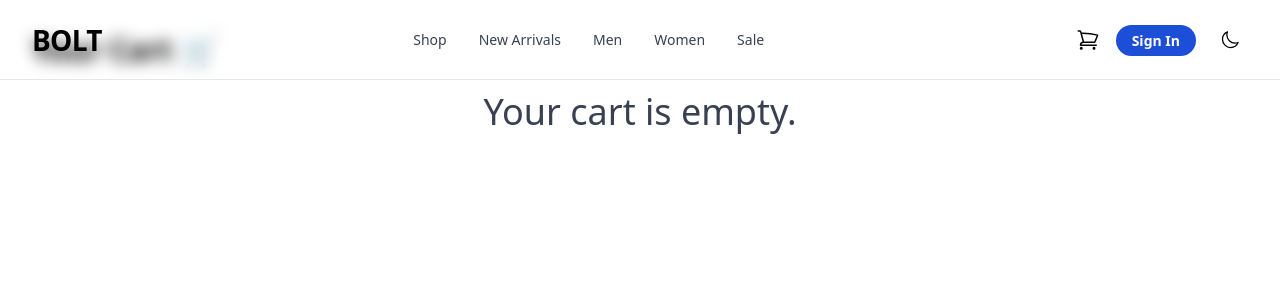
Repository: coder101-js/Ecommer-Store
Page: /Cart
These files come from the project's save history. The page is drawn as it stood at one moment and after the next save; the edit follows.
The browser window is 1280 px wide. The pictures show the whole page.
The project was rebuilt for these pictures with package versions that can differ from the ones it lists, and the page was loaded fresh each time. The framework's server and built-in components were replaced by stand-ins that run in the browser. Also part of the build but not shown: next.config.mjs.

Above is the page before, as saved 2025-07-19 20:25:14.

### app/layout.js
import "./globals.css";
import "./tailwind-out.css";
import { ThemeProvider } from "next-themes";
import { Geist, Geist_Mono } from "next/font/google";
import Navbar from "./components/Navbar";
import { CartProvider } from "./context/CartContext";
import { Toaster } from "react-hot-toast";

const geistSans = Geist({
  subsets: ["latin"],
  variable: "--font-geist-sans",
});

const geistMono = Geist_Mono({
  subsets: ["latin"],
  variable: "--font-geist-mono",
});

export const metadata = {
  title: "BoltForm",
  description: "Next-gen footwear built for speed ⚡",
  icons: {
    icon: ["/favicon.ico"],
    apple: "/apple-touch-icon.png",
  },
};

export default function RootLayout({ children }) {
  return (
    <html lang="en" suppressHydrationWarning>
      <body className={`${geistSans.variable} ${geistMono.variable}`}>
        <ThemeProvider attribute="class" defaultTheme="system" enableSystem>
          <CartProvider>
            <header className="max-h-screen overflow-hidden">
              <nav>
                <Navbar />
              </nav>
            </header>
            <main>
              <Toaster position="top-right" />
              {children}
            </main>
          </CartProvider>
        </ThemeProvider>
      </body>
    </html>
  );
}

### app/Cart/page.js
"use client";
import { useCart } from "./../context/CartContext";
import Image from "next/image";
export default function CartPage() {
  const { cart, removeFromCart, updateQuantity, clearCart } = useCart();

  const total = cart.reduce((acc, item) => acc + item.price * item.quantity, 0);

  const handleQuantityChange = (id, newQuantity) => {
    if (newQuantity >= 1) {
      updateQuantity(id, newQuantity);
    }
  };

  return (
    <div className="p-8">
      <h1 className="text-3xl font-bold mb-6">Your Cart 🛒</h1>

      {cart.length === 0 ? (
        <p className="text-gray-700 text-4xl block text-center w-full dark:text-white">
          Your cart is empty.
        </p>
      ) : (
        <>
          <div className="space-y-6">
            {cart.map((item) => (
              <div
                key={item.id}
                className="flex flex-col md:flex-row items-center justify-between border-b pb-4"
              >
                {/* Image & Title */}
                <div className="flex items-center gap-4 w-full md:w-1/2">
                  {item.images?.[0] && (
                    <Image
                      src={item.images[0]}
                      alt={item.title}
                      width={200}
                      height={200}
                      className="w-24 h-24 object-cover rounded-md border"
                    />
                  )}
                  <div>
                    <h2 className="text-lg font-semibold">{item.title}</h2>
                    <p className="text-sm text-gray-600 dark:text-white">
                      ${item.price.toFixed(2)}
                    </p>
                  </div>
                </div>

                <div className="flex items-center gap-2 mt-4 md:mt-0">
                  <button
                    onClick={() =>
                      handleQuantityChange(item.id, item.quantity - 1)
                    }
                    className="px-2 py-1 bg-gray-200 rounded hover:bg-gray-300 dark:bg-gray-700 dark:hover:bg-gray-600"
                    disabled={item.quantity <= 1}
                    aria-label={`Decrease quantity of ${item.title}`}
                  >
                    -
                  </button>
                  <input
                    type="number"
                    value={item.quantity ?? 1}
                    min={1}
                    className="w-16 text-center border rounded"
                    onChange={(e) =>
                      handleQuantityChange(item.id, Number(e.target.value))
                    }
                    aria-label={`Quantity of ${item.title}`}
                    onFocus={(e) => e.target.select()}
                  />
                  <button
                    onClick={() =>
                      handleQuantityChange(item.id, item.quantity + 1)
                    }
                    className="px-2 py-1 bg-gray-200 rounded hover:bg-gray-300 dark:bg-gray-700 dark:hover:bg-gray-600"
                    aria-label={`Increase quantity of ${item.title}`}
                  >
                    +
                  </button>
                  <button
                    onClick={() => removeFromCart(item.id)}
                    className="ml-2 text-red-500 hover:text-red-600"
                    aria-label={`Remove ${item.title} from cart`}
                  >
                    ✖
                  </button>
                </div>
              </div>
            ))}
          </div>

            <div className="mt-6 text-right space-y-2">
            <div className="text-xl font-bold">Total: ${total.toFixed(2)}</div>
            <div className="flex gap-3 justify-end">
              <button
                onClick={clearCart}
                className="px-5 py-2 bg-red-500 hover:bg-red-600 text-white rounded"
              >
                Clear Cart
              </button>
              <button
                onClick={() => {
                  alert("Redirecting to checkout...");
                }}
                className="px-5 py-2 bg-green-600 hover:bg-green-700 text-white rounded"
              >
                Proceed to Checkout
              </button>
            </div>
          </div>
        </>
      )}
    </div>
  );
}

### app/globals.css
@tailwind base;
@tailwind components;
@tailwind utilities;

.max-h-screen{
  max-height: 100vh;
}

### app/components/Navbar.jsx
"use client";

import Link from "next/link";
import { useState, useEffect } from "react";
import { useTheme } from "next-themes";
import { usePathname, useRouter } from "next/navigation";
import { useCart } from "./../context/CartContext";
import {
  SunIcon,
  MoonIcon,
  ShoppingCartIcon,
  Bars3Icon,
  XMarkIcon,
} from "@heroicons/react/24/outline";
import {
  motion,
  AnimatePresence,
  useScroll,
  useTransform,
} from "framer-motion";

export default function Navbar() {
  const { resolvedTheme, setTheme } = useTheme();
  const pathName = usePathname();
  const router = useRouter();

  const [mounted, setMounted] = useState(false);
  const [mobileOpen, setMobileOpen] = useState(false);
  const { cart } = useCart();
  const cartCount = cart.reduce((total, item) => total + item.quantity, 0);
  const [navLinks, setNavLinks] = useState([]);
  const [searchQuery, setSearchQuery] = useState("");

  const { scrollY } = useScroll();
  const height = useTransform(scrollY, [0, 80], ["80px", "60px"]);
  const fontSize = useTransform(scrollY, [0, 80], ["1.75rem", "1.5rem"]);

  useEffect(() => {
    setMounted(true);
    setNavLinks(["Shop", "New Arrivals", "Men", "Women", "Sale"]);
  }, []);

  const toggleTheme = () => {
    setTheme(resolvedTheme === "light" ? "dark" : "light");
  };

  const handleSearchSubmit = (e) => {
    e.preventDefault();
    if (searchQuery.trim()) {
      router.push(`/shop?search=${encodeURIComponent(searchQuery)}`);
    }
  };

  return (
    <>
      <motion.nav
        style={{ height }}
        className="fixed top-0 left-0 w-full z-50  border-b border-gray-200 dark:border-neutral-800 backdrop-blur transition-colors mb-4"
      >
        <div className="max-w-7xl mx-auto px-4 sm:px-6 lg:px-8 flex justify-between items-center h-full">
          {/* Logo */}
          <motion.div
            style={{ fontSize }}
            className="font-extrabold tracking-tight text-black dark:text-white select-none"
          >
            <Link href="/">BOLT</Link>
          </motion.div>

          {/* Desktop Nav */}
          <div className="hidden md:flex items-center space-x-8">
            {navLinks.map((link) => (
              <motion.div
                key={link}
                whileHover={{ scale: 1.1 }}
                className="text-sm font-medium text-gray-700 dark:text-gray-300 hover:text-black dark:hover:text-white transition"
              >
                <Link
                  href={
                    link === "Men"
                      ? "/shop?category=mens-shoes"
                      : link === "Women"
                      ? "/shop?category=womens-shoes"
                      : `/${link.toLowerCase().replace(/ /g, "-")}`
                  }
                >
                  {link}
                </Link>
              </motion.div>
            ))}
          </div>

          <div className="flex items-center space-x-4">
            <motion.div whileTap={{ scale: 0.9 }} className="relative">
              <Link href="/cart">
                <ShoppingCartIcon className="h-6 w-6 text-black dark:text-white" />
                {cartCount > 0 && (
                  <span className="absolute -top-2 -right-2 bg-red-600 text-white rounded-full text-xs w-5 h-5 flex items-center justify-center">
                    {cartCount}
                  </span>
                )}
              </Link>
            </motion.div>

            <motion.div whileHover={{ scale: 1.05 }}>
              <Link
                href="/auth"
                className="px-4 py-1.5 rounded-full text-sm font-semibold bg-blue-700 text-white hover:bg-blue-800 dark:bg-white dark:text-black dark:hover:bg-gray-100 transition"
              >
                Sign In
              </Link>
            </motion.div>

            {/* Theme Toggle */}
            {mounted && (
              <motion.button
                onClick={toggleTheme}
                className="p-2 rounded-full hover:bg-gray-100 dark:hover:bg-neutral-800 transition"
                aria-label="Toggle Theme"
                whileTap={{ rotate: 20 }}
              >
                {resolvedTheme === "light" ? (
                  <MoonIcon className="h-5 w-5 text-black" />
                ) : (
                  <SunIcon className="h-5 w-5 text-white" />
                )}
              </motion.button>
            )}

            {/* Mobile Menu Button */}
            <button
              onClick={() => setMobileOpen(!mobileOpen)}
              className="md:hidden p-2"
              aria-label="Toggle Menu"
            >
              {mobileOpen ? (
                <XMarkIcon className="h-6 w-6 text-black dark:text-white" />
              ) : (
                <Bars3Icon className="h-6 w-6 text-black dark:text-white" />
              )}
            </button>
          </div>
        </div>
      </motion.nav>

      {/* Mobile Menu Overlay */}
      <AnimatePresence>
        {mobileOpen && (
          <motion.div
            initial={{ opacity: 0 }}
            animate={{ opacity: 1 }}
            exit={{ opacity: 0 }}
            className="fixed inset-0 bg-white dark:bg-black z-40 flex flex-col items-center justify-center space-y-6"
          >
            {navLinks.map((link) => (
              <motion.div key={link} whileHover={{ scale: 1.1 }}>
                <Link
                  href={
                    link === "Men"
                      ? "/shop?category=mens-shoes"
                      : link === "Women"
                      ? "/shop?category=womens-shoes"
                      : `/${link.toLowerCase().replace(/ /g, "-")}`
                  }
                  className="text-2xl font-semibold text-gray-800 dark:text-gray-200"
                  onClick={() => setMobileOpen(false)}
                >
                  {link}
                </Link>
              </motion.div>
            ))}
            <motion.div whileTap={{ scale: 0.9 }}>
              <Link
                href="/auth"
                className="px-6 py-2 bg-black text-white rounded-full font-semibold"
                onClick={() => setMobileOpen(false)}
              >
                Sign In
              </Link>
            </motion.div>
          </motion.div>
        )}
      </AnimatePresence>
    </>
  );
}

### app/context/CartContext.js
"use client";
import { createContext, useContext, useState, useEffect } from "react";

const CartContext = createContext();

export const useCart = () => useContext(CartContext);

export const CartProvider = ({ children }) => {
  const [cart, setCart] = useState([]);

  useEffect(() => {
    const savedCart = JSON.parse(localStorage.getItem("cart"));
    if (savedCart) setCart(savedCart);
  }, []);

  useEffect(() => {
    localStorage.setItem("cart", JSON.stringify(cart));
  }, [cart]);

  const addToCart = (product) => {
    setCart((prev) => {
      const existing = prev.find((item) => item.id === product.id);
      if (existing) {
        return prev.map((item) =>
          item.id === product.id
            ? { ...item, quantity: item.quantity + 1 }
            : item
        );
      }
      return [...prev, { ...product, quantity: 1 }];
    });
  };

  const removeFromCart = (id) =>
    setCart((prev) => prev.filter((item) => item.id !== id));

  const updateQuantity = (id, quantity) =>
    setCart((prev) =>
      prev.map((item) =>
        item.id === id ? { ...item, quantity: quantity } : item
      )
    );

  const clearCart = () => setCart([]);

  return (
    <CartContext.Provider
      value={{ cart, addToCart, removeFromCart, updateQuantity, clearCart }}
    >
      {children}
    </CartContext.Provider>
  );
};

### tailwind.config.js
/** @type {import('tailwindcss').Config} */
module.exports = {
  darkMode: "class",
  content: [
    "./app/**/*.{js,ts,jsx,tsx}",
    "./pages/**/*.{js,ts,jsx,tsx}",
    "./components/**/*.{js,ts,jsx,tsx}",
  ],
  theme: {
    extend: {
      keyframes: {
        wavey: {
          "0%, 100%": { transform: "translateY(0) scale(1)" },
          "50%": { transform: "translateY(-20px) scale(1.05)" },
        },
        floatX: {
          "0%, 100%": { transform: "translateX(0) rotate(0deg)" },
          "50%": { transform: "translateX(20px) rotate(2deg)" },
        },
      },
      animation: {
        wavey: "wavey 6s ease-in-out infinite",
        floatX: "floatX 8s ease-in-out infinite",
      },
    },
  },
  plugins: [],
};

Loaded but not shown: app/tailwind-out.css (library)

After the next save:
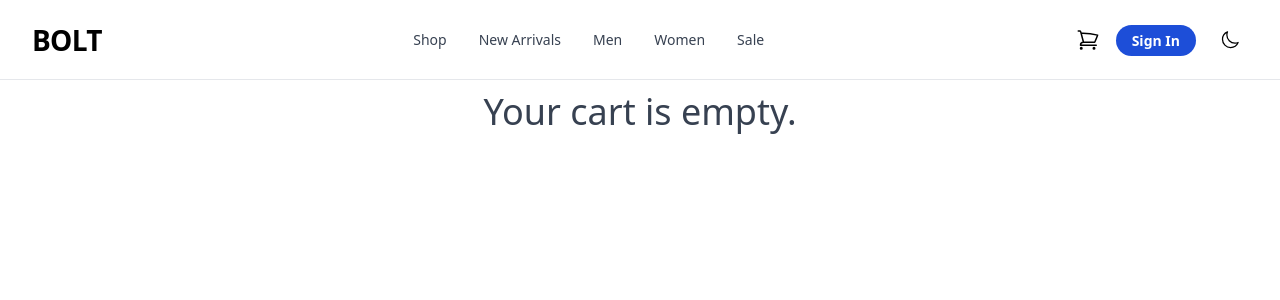
Saved 38 s later.
--- a/app/components/Navbar.jsx
+++ b/app/components/Navbar.jsx
@@ -55,7 +55,7 @@
     <>
       <motion.nav
         style={{ height }}
-        className="fixed top-0 left-0 w-full z-50  border-b border-gray-200 dark:border-neutral-800 backdrop-blur transition-colors mb-4"
+        className="fixed top-0 left-0 w-full z-50 bg-white dark:bg-black border-b border-gray-200 dark:border-neutral-800 backdrop-blur transition-colors mb-4"
       >
         <div className="max-w-7xl mx-auto px-4 sm:px-6 lg:px-8 flex justify-between items-center h-full">
           {/* Logo */}

After the save that followed:
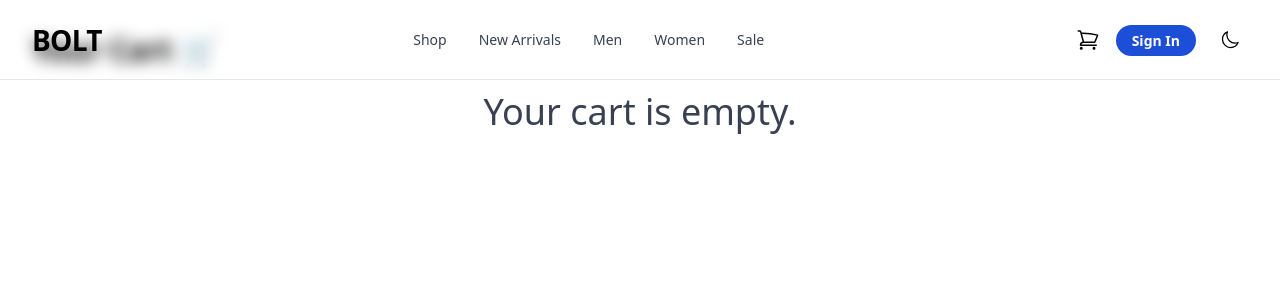
Saved 5 s later.
--- a/app/components/Navbar.jsx
+++ b/app/components/Navbar.jsx
@@ -55,7 +55,7 @@
     <>
       <motion.nav
         style={{ height }}
-        className="fixed top-0 left-0 w-full z-50 bg-white dark:bg-black border-b border-gray-200 dark:border-neutral-800 backdrop-blur transition-colors mb-4"
+        className="fixed top-0 left-0 w-full z-50 bg- dark:bg-black border-b border-gray-200 dark:border-neutral-800 backdrop-blur transition-colors mb-4"
       >
         <div className="max-w-7xl mx-auto px-4 sm:px-6 lg:px-8 flex justify-between items-center h-full">
           {/* Logo */}
